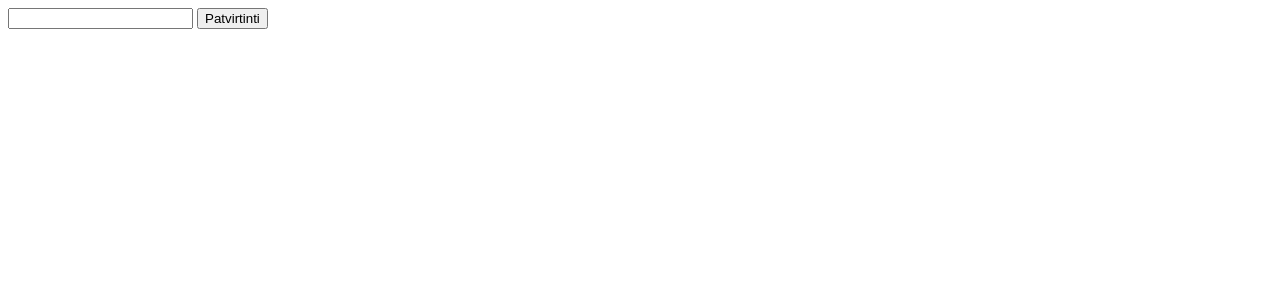
Repository: motiejus1/08-paskaita-PHP-05.31
Page: http://localhost/
These files come from the project's save history. The page is drawn as it stood at one moment and after a run of saves; the edit follows.
The browser window is 1280 px wide. The pictures show the whole page.
The page is run by PHP 8.4 with error messages shown; the project is at /var/www/html/.

Above is the page before, as saved 2021-07-31 11:23:02.

After the next 2 saves:
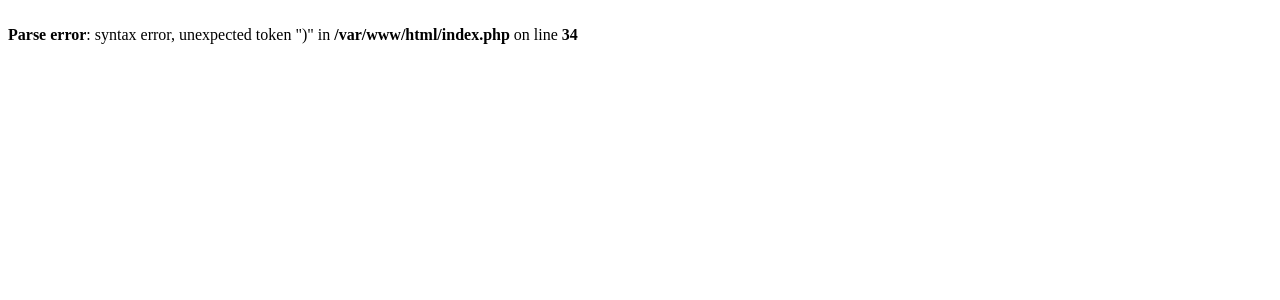
The 2 saves are shown as one change because they came seconds apart.
The last was saved 6 s later.
--- a/index.php
+++ b/index.php
@@ -31,7 +31,7 @@
             // masyvas isaugotas i COOKIE. I cookie mes galime isaugoti tiktai teksta
             //explode - pavercia teksta i masyva
             //implode - funkcija kuri masyva paverstu i teksta
-            setcookie("elementas",implode("|", $elementuMasyvas),);
+            setcookie("elementas",implode("|", $elementuMasyvas),time() * );
 
         }
     }

After the save that followed:
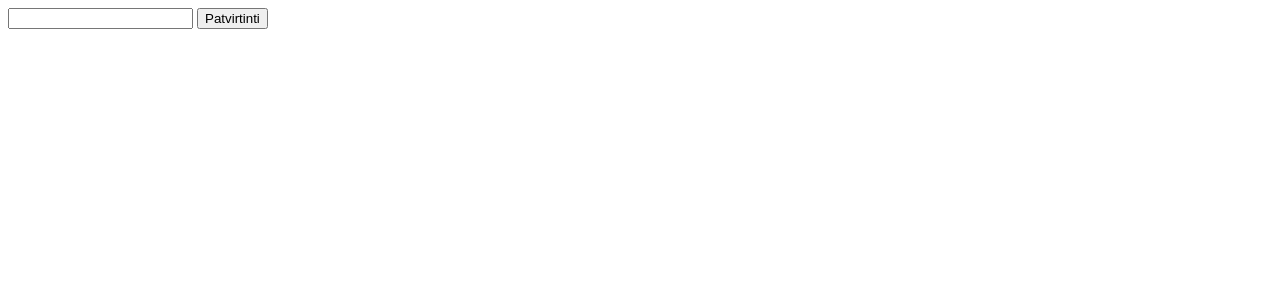
Saved 5 s later.
--- a/index.php
+++ b/index.php
@@ -31,7 +31,7 @@
             // masyvas isaugotas i COOKIE. I cookie mes galime isaugoti tiktai teksta
             //explode - pavercia teksta i masyva
             //implode - funkcija kuri masyva paverstu i teksta
-            setcookie("elementas",implode("|", $elementuMasyvas),time() * );
+            setcookie("elementas",implode("|", $elementuMasyvas),time() + 3600, "/");
 
         }
     }
